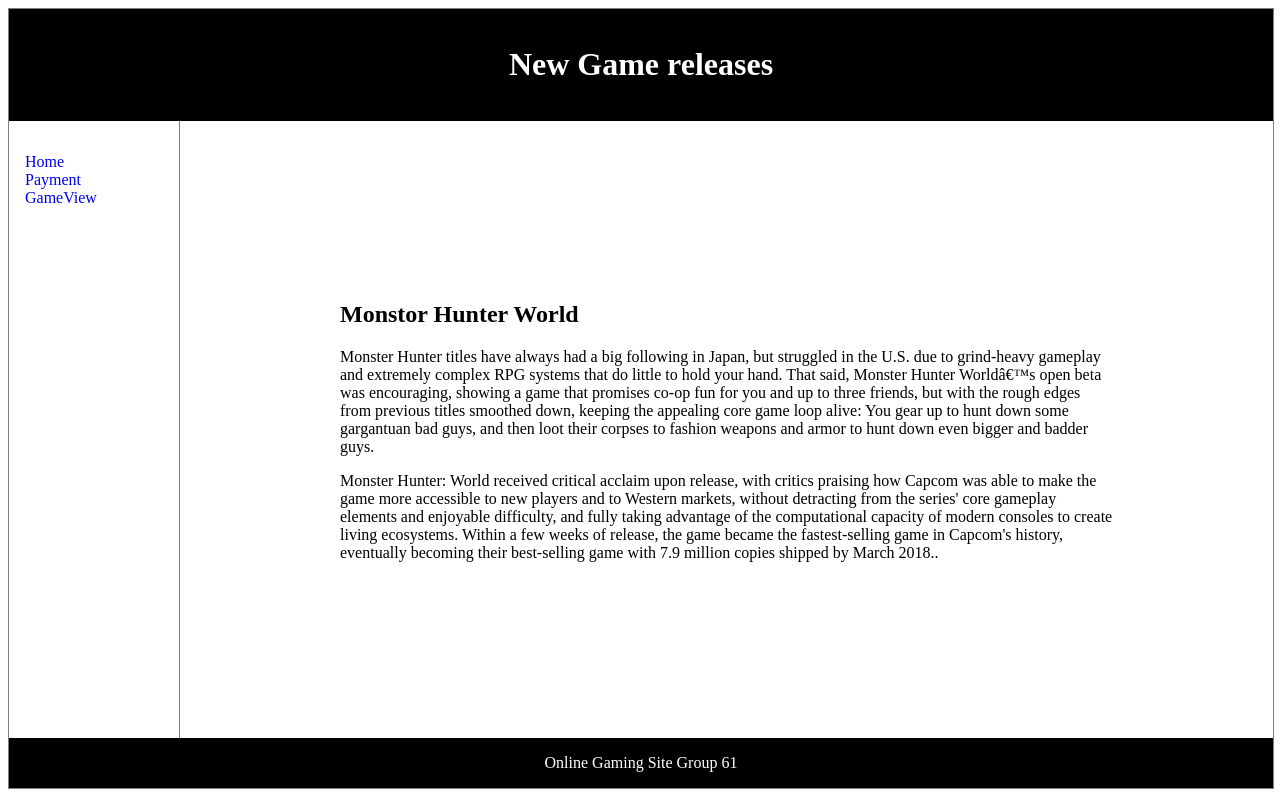
Repository: nimal96/Online-Gaming-Site---2nd-year-1st-semester-project
Page: http://localhost/project/article.jsp
The author's editor kept a copy of each file at every save. The page is drawn from the files as they stood at one save, then again after the next save.
The browser window is 1280 px wide. The pictures show the whole page.
The page is served by Tomcat 9. Other server files are loaded and not shown.

Above is the page before, as saved 2018-05-19 05:11:48.

### project/WebContent/article.jsp
<%@ page language="java" contentType="text/html; charset=ISO-8859-1" pageEncoding="ISO-8859-1"%>
<!DOCTYPE html PUBLIC "-//W3C//DTD HTML 4.01 Transitional//EN" "http://www.w3.org/TR/html4/loose.dtd">
<html>
<head>
<style>
div.container {
    width: 100%;
    border: 1px solid gray;
}

header, footer {
    padding: 1em;
    color: white;
    background-color: black;
    clear: left;
    text-align: center;
}

nav {
    float: left;
    max-width: 160px;
    margin: 0;
    padding: 1em;
}

nav ul {
    list-style-type: none;
    padding: 0;
}

nav ul a {
    text-decoration: none;
}

article {
    margin-left: 170px;
    border-left: 1px solid gray;
    padding: 10em;
    overflow: hidden;
}
</style>
</head>
<body>

<div class="container">

<header>
   <h1>New Game releases</h1>
</header>

<nav>
  <ul>
    <li><a href="welcome2.jsp">Home</a></li>
    <li><a href="payment.jsp">Payment</a></li>
    <li><a href="#">GameView</a></li>
  </ul>
</nav>

<article>
  <h1>Monstor Hunter World</h1>
  <p>Monster Hunter titles have always had a big following in Japan, but struggled in the U.S. due to grind-heavy gameplay
   and extremely complex RPG systems that do little to hold your hand. That said, Monster Hunter World’s open beta was
   encouraging, showing a game that promises co-op fun for you and up to three friends, but with the rough edges from previous
   titles smoothed down, keeping the appealing core game loop alive: You gear up to hunt down some gargantuan bad guys, and then
   loot their
  corpses to fashion weapons and armor to hunt down even bigger and badder guys.</p>
  <p>Monster Hunter: World received critical acclaim upon release, with critics praising how Capcom was
  able to make the game more accessible to new players and to Western markets, without detracting from the
  series' core gameplay elements and enjoyable difficulty, and fully taking advantage of the computational capacity of
  modern consoles to create living ecosystems. Within a few weeks of release, the game became the fastest-selling game in
  Capcom's history, eventually becoming their
  best-selling game with 7.9 million copies shipped by March 2018..</p>
</article>

<footer>Online Gaming Site Group 61</footer>

</div>

</body>
</html>

After the next save:
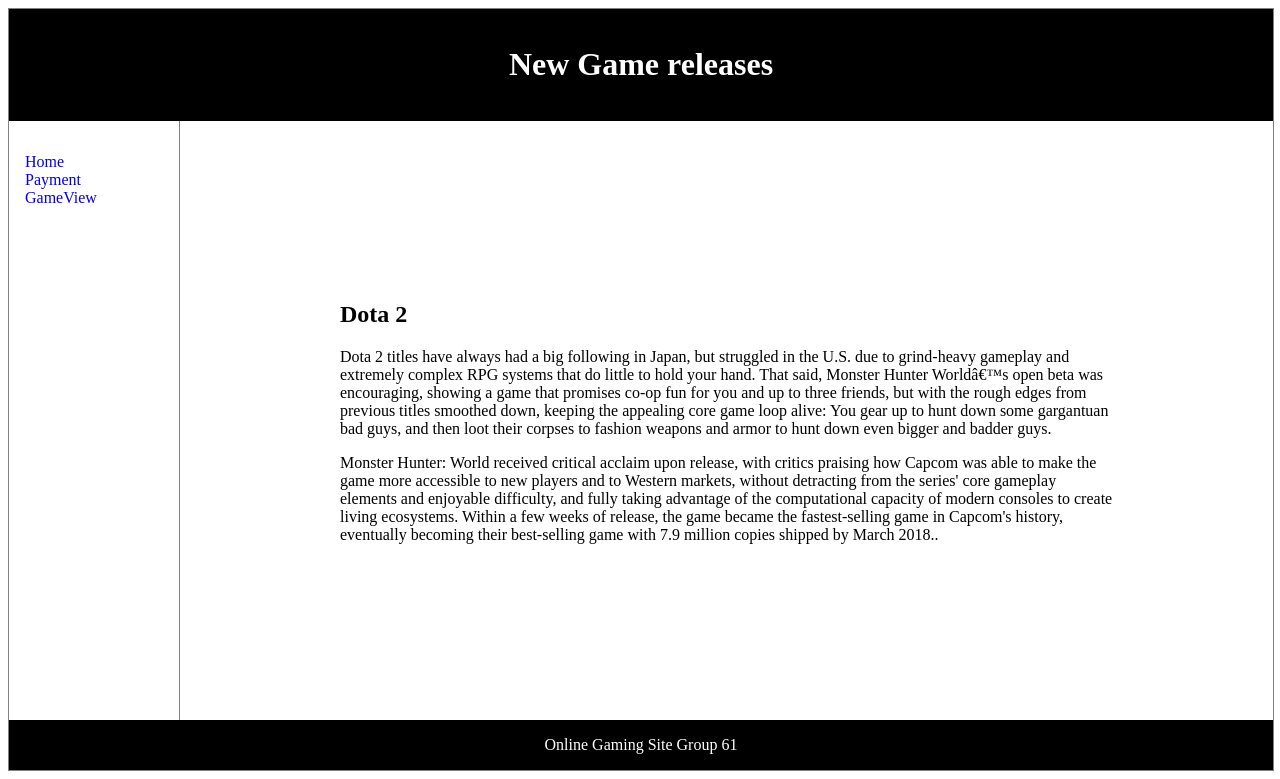
Saved 72 s later.
--- a/project/WebContent/article.jsp
+++ b/project/WebContent/article.jsp
@@ -52,13 +52,13 @@
   <ul>
     <li><a href="welcome2.jsp">Home</a></li>
     <li><a href="payment.jsp">Payment</a></li>
-    <li><a href="#">GameView</a></li>
+    <li><a href="downloaddota2.jsp">GameView</a></li>
   </ul>
 </nav>
 
 <article>
-  <h1>Monstor Hunter World</h1>
-  <p>Monster Hunter titles have always had a big following in Japan, but struggled in the U.S. due to grind-heavy gameplay
+  <h1>Dota 2</h1>
+  <p>Dota 2 titles have always had a big following in Japan, but struggled in the U.S. due to grind-heavy gameplay
    and extremely complex RPG systems that do little to hold your hand. That said, Monster Hunter World’s open beta was
    encouraging, showing a game that promises co-op fun for you and up to three friends, but with the rough edges from previous
    titles smoothed down, keeping the appealing core game loop alive: You gear up to hunt down some gargantuan bad guys, and then
